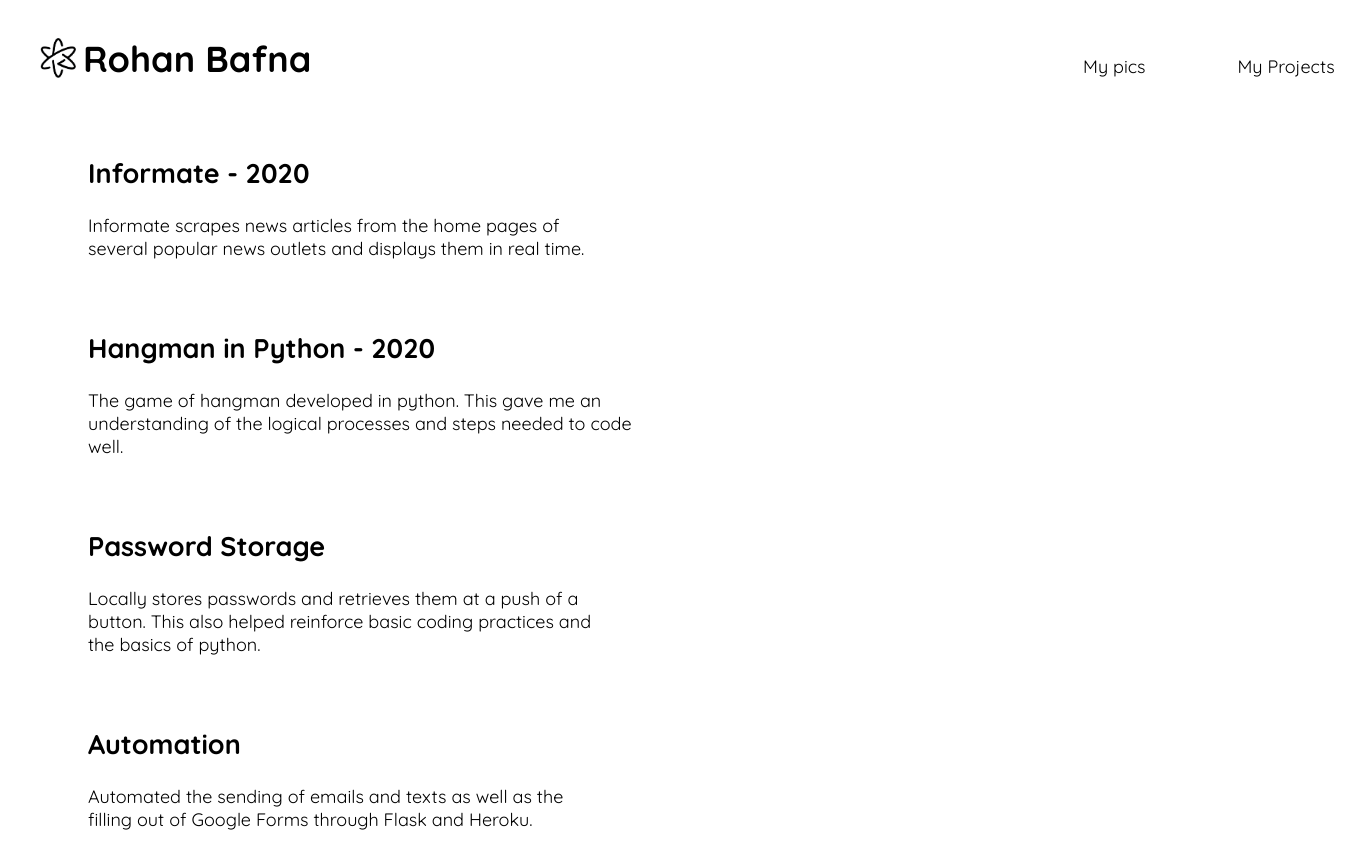
Repository: rbafna6507/rbafna6507.github.io
Page: projects.html
These files come from the project's save history. The page is drawn as it stood at one moment and after the next save; the edit follows.
The browser window is 1280 px wide. The page is 1357 px wide, so the pictures cover 1357 px, including what lies to the right of the window. The pictures show the whole page.

Above is the page before, as saved 2020-12-18 14:37:19.

### projects.html
<!DOCTYPE HTML>
<html>
<head>
    <link rel="shortcut icon" type="image/png" href="circular actual atom logo.png"/>
    <title>my projects</title>
    <link href= "projects.css" type= "text/css" rel= "stylesheet">
    <link href="https://fonts.googleapis.com/css?family=Quicksand:400,700&display=swap" rel="stylesheet">
</head>
<body>
<div id= "navbar">
    <header class= "header">
        <div id="hi">
          <img id= "logo" src= "actual atom logo.png"></a>
          <a href= "index.html"><h1>Rohan Bafna</h1></a>
        </div>
        <div class= "leftsidelist">
            <ul>
                <a href= "pics.html"><li class= "about">My pics</li></a>
                <a href= "projects.html"><li class= "projects">My Projects</li></a>
            </ul>
        </div>
    </header>
</div>
<div id = "informate" class = "project">
    <h2>
        <strong>Informate - 2020</strong>
    </h2>
    <h4>Informate scrapes news articles from the home pages of <br>several popular news outlets and displays them in real time.</h4>
</div>

<div id = "hangman" class = "project">
    <h2>Hangman in Python - 2020</h2>
    <h4>The game of hangman developed in python. This gave me an <br>understanding of the logical processes and steps needed to code <br>well.</h4>
</div>
<div id = "password" class = "project">
    <h2>Password Storage</h2>
    <h4>Locally stores passwords and retrieves them at a push of a <br>button. This also helped reinforce basic coding practices and <br>the basics of python.</h4>
</div>
<div id = "automation" class = "project">
    <h2>Automation</h2>
    <h4>Automated the sending of emails and texts as well as the <br>filling out of Google Forms through Flask and Heroku.</h4>
</div>
</body>
</html>

### projects.css
* {box-sizing:border-box}

li{
  display: inline;
  list-style-type: none;
  text-align: left;
  padding-left: 30px;
  font-size: 18px;
  font-weight: 36px;
  width: 150px;
  display: inline-block;
  position: relative;
  left: 970px;
  bottom: 60px;
}

ul{
  display: inline;
  margin: 10px 0px;
  padding: 0;
  text-align: center;
  position: relative;
}

.header {
  font-family: "quicksand";
  position: relative;
  left: 10px;
  bottom: 40px;
}

.leftsidelist {
  position: relative;
  top: 10px;
  left: 45px;
}

#logo {
    display: inline-block;
    width: 40px;
    height: 40px;
    position: relative;
    top: 70px;
    bottom: 400px;
  }

  h1 {

    padding-left: 50px;
    font-size: 36px;
    position: relative;
    right: 5px;
}
  .home {
    padding-bottom: 30px;
  }

  .about {
    padding-bottom: 30px;
  }

  #navbar {
    position: relative;
    left: 20px;
  }

  a:link {
    text-decoration: none;
    color: black;
  }

  a:visited {
    text-decoration: none;
    color: black;
  }

  a:hover {
    color: #ce321e
  }

  a:active {
    color: #ce321e
  }

  .project{
      font-family: "quicksand";
      position: relative;
      font-weight: normal;
      left: 80px;
      padding-top: 5px;
      font-size: 18px;
  }

  #informate{
    position: relative;
    bottom: 70px;
  }

  #hangman{
    position: relative;
    bottom: 50px;
  }

  #password{
    position: relative;
    bottom: 30px;
  }

  #automation{
    position: relative;
    bottom:10px;
  }

  h4{
    font-weight: normal;
  }

After the next save:
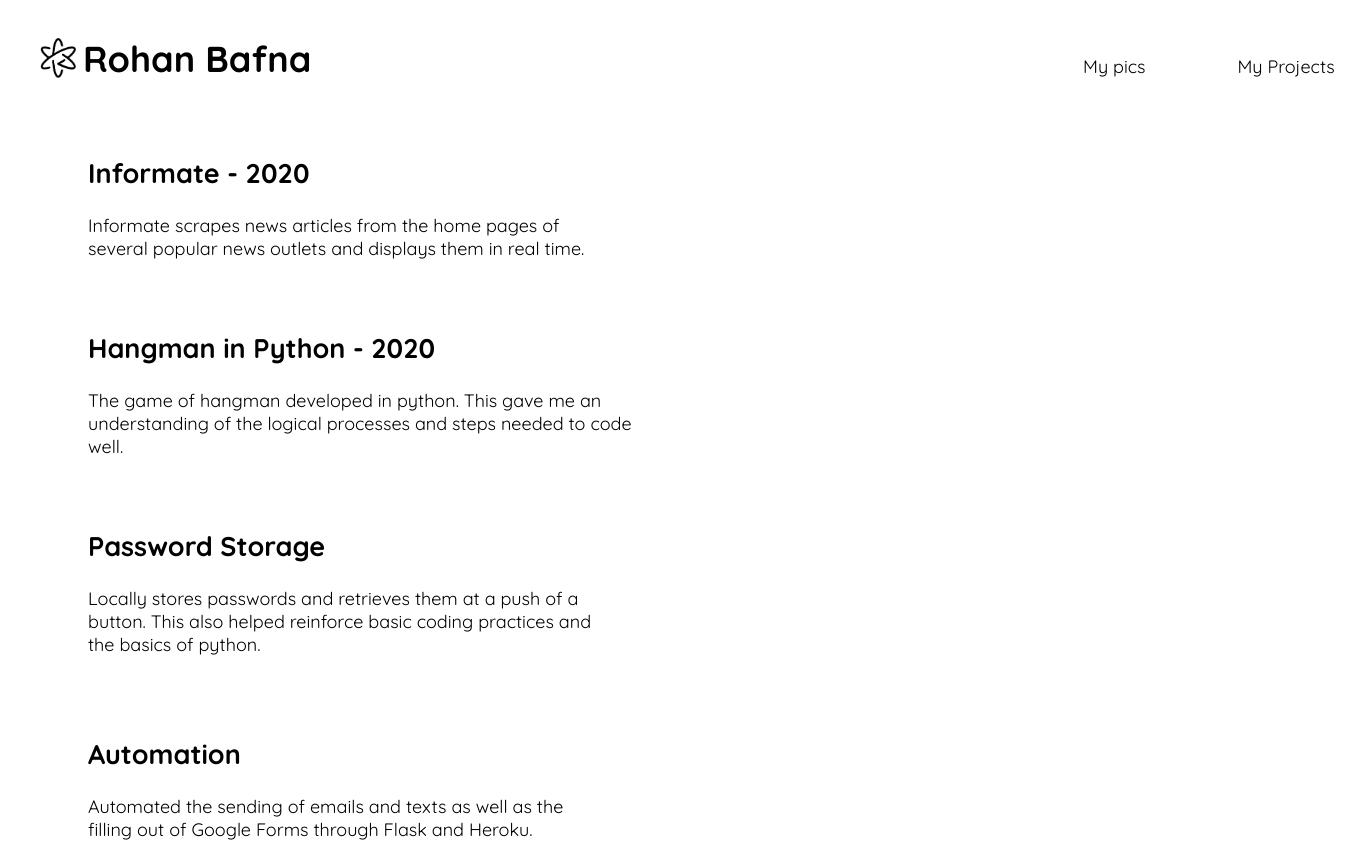
Saved 10 s later.
--- a/projects.css
+++ b/projects.css
@@ -106,10 +106,6 @@
     bottom: 30px;
   }
 
-  #automation{
-    position: relative;
-    bottom:10px;
-  }
 
   h4{
     font-weight: normal;

After the save that followed:
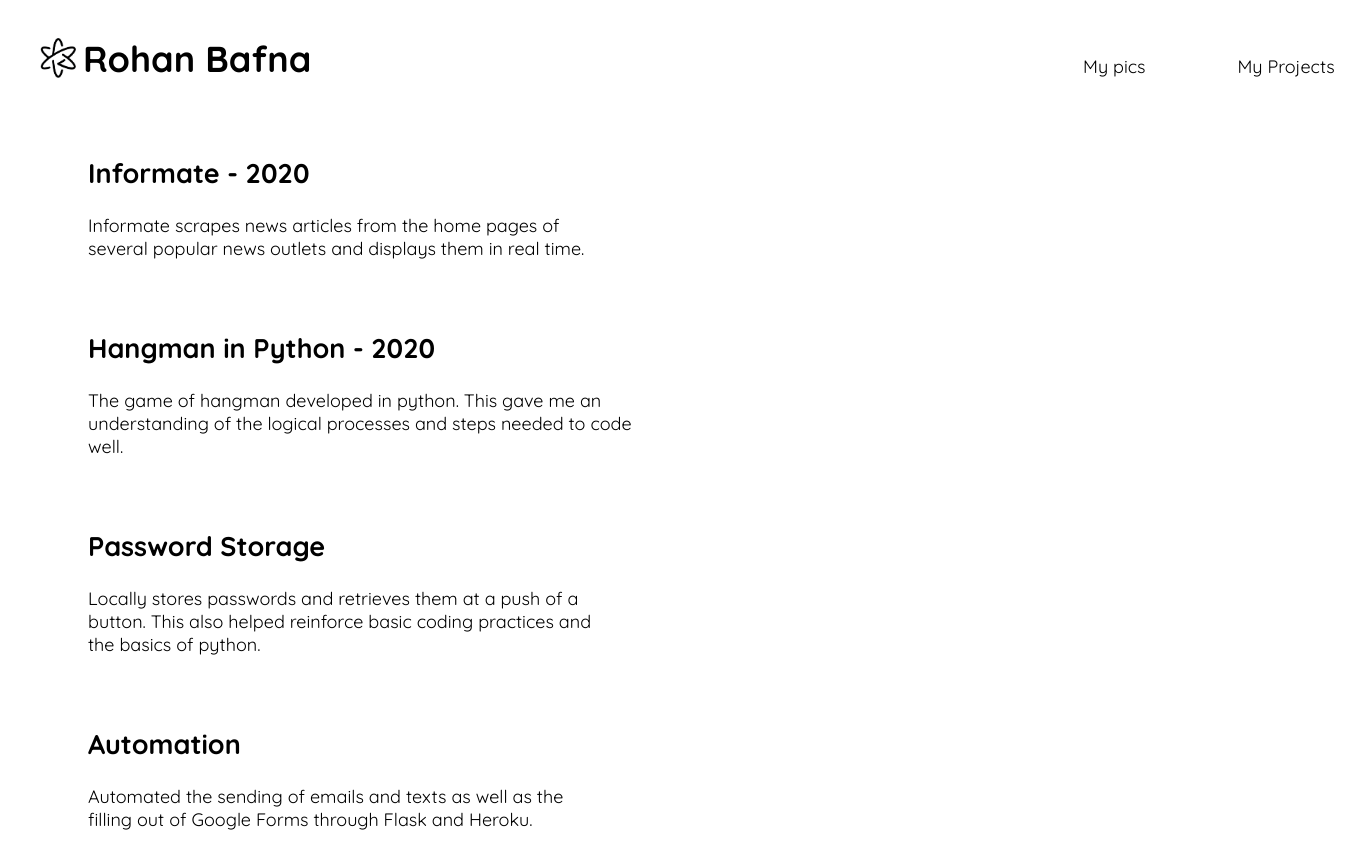
Saved 33 s later.
--- a/projects.css
+++ b/projects.css
@@ -106,6 +106,10 @@
     bottom: 30px;
   }
 
+  #automation{
+    position:relative;
+    bottom: 10px;
+  }
 
   h4{
     font-weight: normal;
